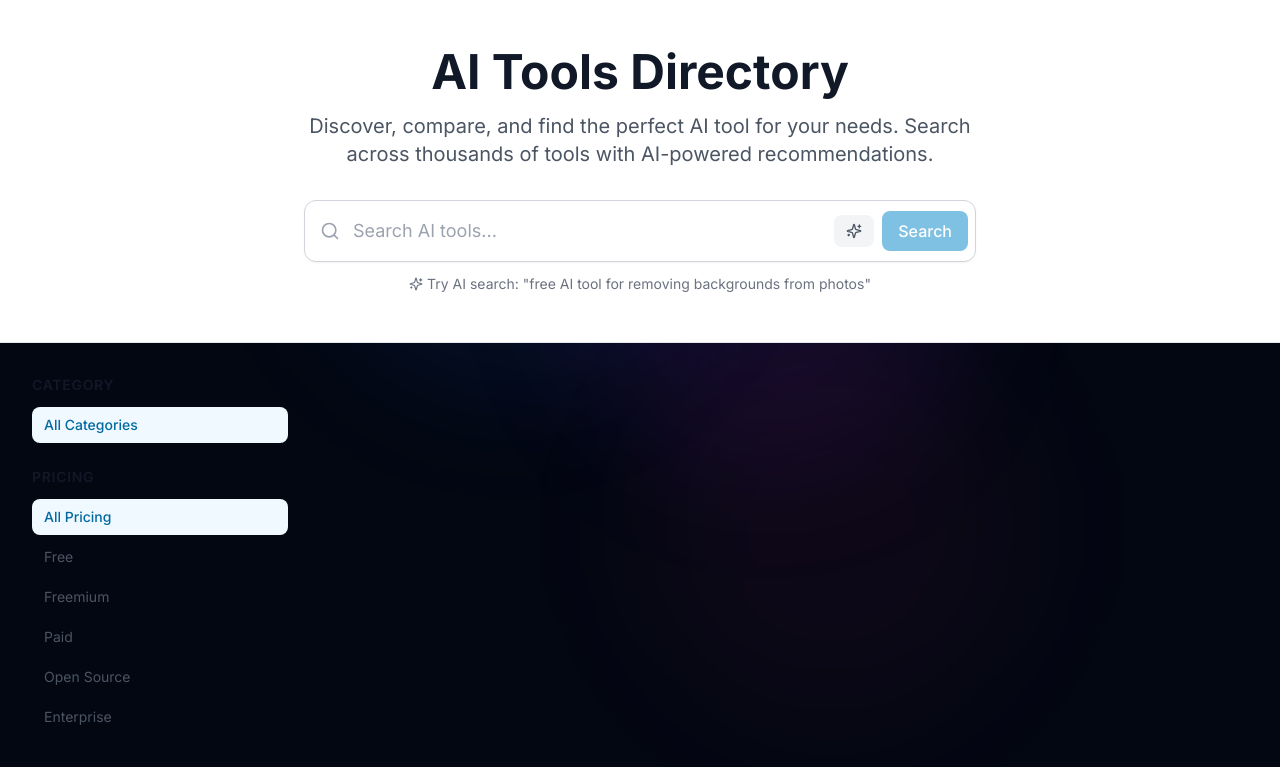
Repository: roshanreddy118/AI-tools-directory
Page: /
An editor plug-in stored every save of this project. The page is shown before and after the next save, followed by the edit.
The browser window is 1280 px wide. The pictures show the whole page.
The page's requests for data from a server got no answer. The project was rebuilt for these pictures with package versions that can differ from the ones it lists, and the page was loaded fresh each time. The framework's server and built-in components were replaced by stand-ins that run in the browser. No one was signed in, and anything a server would have sent is missing. Also part of the build but not shown: next.config.mjs, src/components/ToolCard.tsx.

Above is the page before, as saved 2026-08-27 20:12:23.

After the next save:
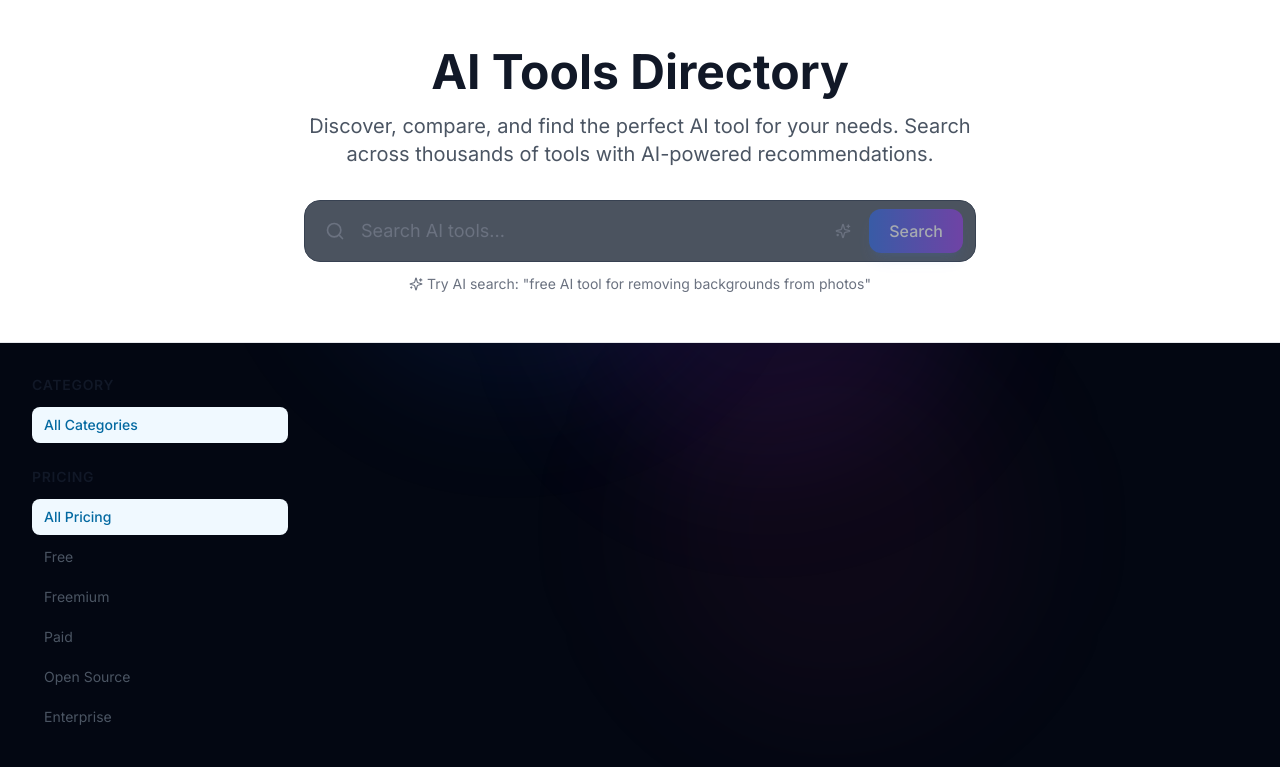
Saved 17 s later.
--- a/src/components/SearchBar.tsx
+++ b/src/components/SearchBar.tsx
@@ -21,46 +21,53 @@ export function SearchBar({ onSearch, isLoading }: SearchBarProps) {
 
   return (
     <form onSubmit={handleSubmit} className="w-full max-w-2xl mx-auto">
-      <div className="relative">
-        <div className="absolute inset-y-0 left-0 pl-4 flex items-center pointer-events-none">
-          {isAIMode ? (
-            <Sparkles className="h-5 w-5 text-purple-500" />
-          ) : (
-            <Search className="h-5 w-5 text-gray-400" />
-          )}
-        </div>
-        <input
-          type="text"
-          value={query}
-          onChange={(e) => setQuery(e.target.value)}
-          placeholder={
-            isAIMode
-              ? "Ask anything... e.g. 'free AI tool for removing backgrounds'"
-              : "Search AI tools..."
-          }
-          className="block w-full pl-12 pr-32 py-4 border border-gray-300 rounded-xl text-lg focus:ring-2 focus:ring-primary-500 focus:border-transparent bg-white shadow-sm"
-          disabled={isLoading}
-        />
-        <div className="absolute inset-y-0 right-0 flex items-center pr-2 gap-2">
-          <button
-            type="button"
-            onClick={() => setIsAIMode(!isAIMode)}
-            className={`px-3 py-2 rounded-lg text-sm font-medium transition-colors ${
+      <div className="relative group">
+        {/* Glow effect */}
+        <div className="absolute -inset-1 bg-gradient-to-r from-blue-600/20 via-purple-600/20 to-pink-600/20 rounded-2xl blur-lg opacity-0 group-focus-within:opacity-100 transition-opacity" />
+
+        <div className="relative flex items-center bg-gray-800/80 border border-gray-700 rounded-2xl backdrop-blur-sm focus-within:border-blue-500/50 transition-colors">
+          <div className="pl-5">
+            {isAIMode ? (
+              <Sparkles className="h-5 w-5 text-purple-400" />
+            ) : (
+              <Search className="h-5 w-5 text-gray-500" />
+            )}
+          </div>
+
+          <input
+            type="text"
+            value={query}
+            onChange={(e) => setQuery(e.target.value)}
+            placeholder={
               isAIMode
-                ? "bg-purple-100 text-purple-700 border border-purple-200"
-                : "bg-gray-100 text-gray-600 hover:bg-gray-200"
-            }`}
-            title={isAIMode ? "AI Search (semantic)" : "Switch to AI search"}
-          >
-            <Sparkles className="h-4 w-4" />
-          </button>
-          <button
-            type="submit"
-            disabled={isLoading || !query.trim()}
-            className="px-4 py-2 bg-primary-600 text-white rounded-lg font-medium hover:bg-primary-700 disabled:opacity-50 disabled:cursor-not-allowed transition-colors"
-          >
-            {isLoading ? "..." : "Search"}
-          </button>
+                ? "Ask anything... e.g. 'free AI tool for removing backgrounds'"
+                : "Search AI tools..."
+            }
+            className="flex-1 px-4 py-4 bg-transparent text-gray-100 placeholder-gray-500 outline-none text-lg"
+            disabled={isLoading}
+          />
+
+          <div className="flex items-center gap-2 pr-3">
+            <button
+              type="button"
+              onClick={() => setIsAIMode(!isAIMode)}
+              className={`p-2.5 rounded-xl transition-all ${
+                isAIMode
+                  ? "bg-purple-500/20 text-purple-400 border border-purple-500/30"
+                  : "text-gray-500 hover:text-gray-300 hover:bg-gray-700/50"
+              }`}
+              title={isAIMode ? "AI Search active" : "Switch to AI search"}
+            >
+              <Sparkles className="h-4 w-4" />
+            </button>
+            <button
+              type="submit"
+              disabled={isLoading || !query.trim()}
+              className="btn-primary"
+            >
+              {isLoading ? "..." : "Search"}
+            </button>
+          </div>
         </div>
       </div>
     </form>
